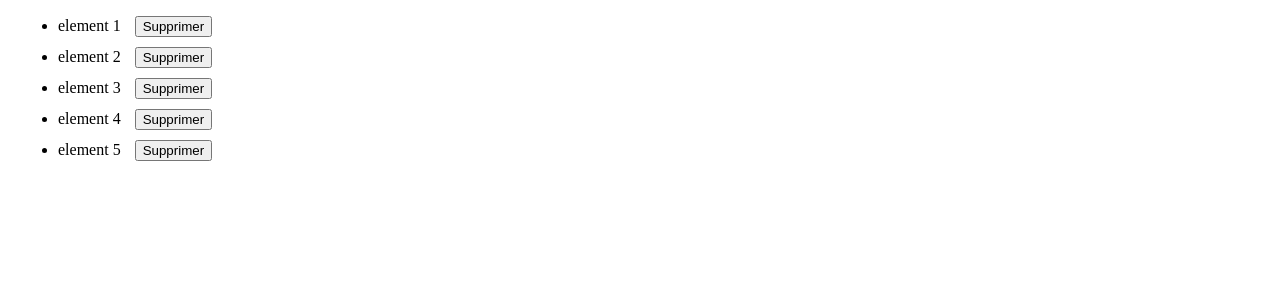
Repository: arione15/Livre_Serrion-Vue.js
Page: liste_ch3.html
An editor plug-in stored every save of this project. The page is shown before and after the next save, followed by the edit.
The browser window is 1280 px wide. The pictures show the whole page.

Above is the page before, as saved 2021-09-07 15:48:09.

### liste_ch3.html
<!DOCTYPE html>
<html lang="en">

<head>
    <meta charset="UTF-8">
    <meta http-equiv="X-UA-Compatible" content="IE=edge">
    <meta name="viewport" content="width=device-width, initial-scale=1.0">
    <title>Liste</title>
    <script src="https://cdn.jsdelivr.net/npm/vue/dist/vue.js"></script>
</head>

<body>

    <div id="root"></div>

</body>

<script>
    const vm = new Vue({
        el: "div#root",
        template: `
            <div>
                <ul>
                    <li v-for="(element, index) of elements" style="margin:10px;">
                        <span v-if="!element.modifyOn" si modifyOn est true
                            v-on:dblclick="modifier(element)"> {{ element.text }} </span>
                        <input type="text" v-else style="width:100px;"
                        v-bind:value="element.text">

                        <button @click="supprimer(element)" style="margin-left:10px;">Supprimer</button>
                    </li>
                </ul>
                <span v-if="elements.length === 0">La liste est vide !!</span>
            </div>
        `,
        data: {
            elements: [
                { text: "element 1", modifyOn: false },
                { text: "element 2", modifyOn: false },
                { text: "element 3", modifyOn: false },
                { text: "element 4", modifyOn: false },
                { text: "element 5", modifyOn: false },
            ]
        },
        methods: {
            supprimer(elt) {
                this.elements = this.elements.filter(function (element) {
                    return elt !== element;
                })
            },
            modifier(elt) {
                //console.log("Modifier l'élément : " + elt);
                elt.modifyOn = true;
            }
        }
    });

</script>

</html>

After the next save:
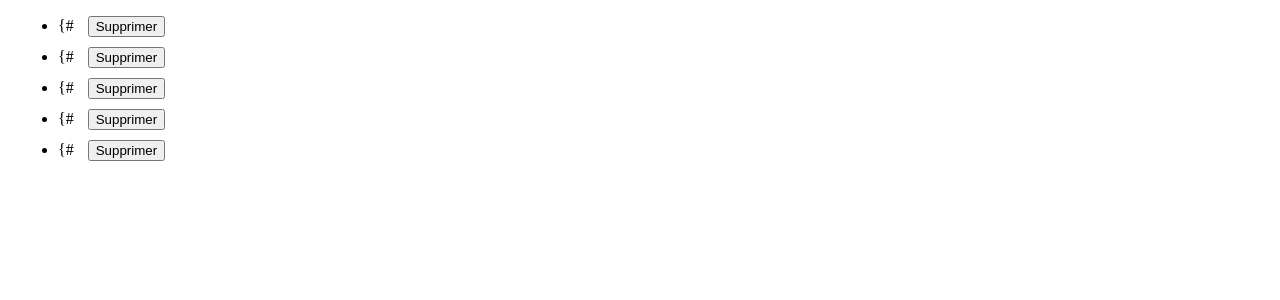
Saved 4 s later.
--- a/liste_ch3.html
+++ b/liste_ch3.html
@@ -22,7 +22,7 @@
             <div>
                 <ul>
                     <li v-for="(element, index) of elements" style="margin:10px;">
-                        <span v-if="!element.modifyOn" si modifyOn est true
+                        {# <span v-if="!element.modifyOn" si modifyOn est true #}
                             v-on:dblclick="modifier(element)"> {{ element.text }} </span>
                         <input type="text" v-else style="width:100px;"
                         v-bind:value="element.text">
